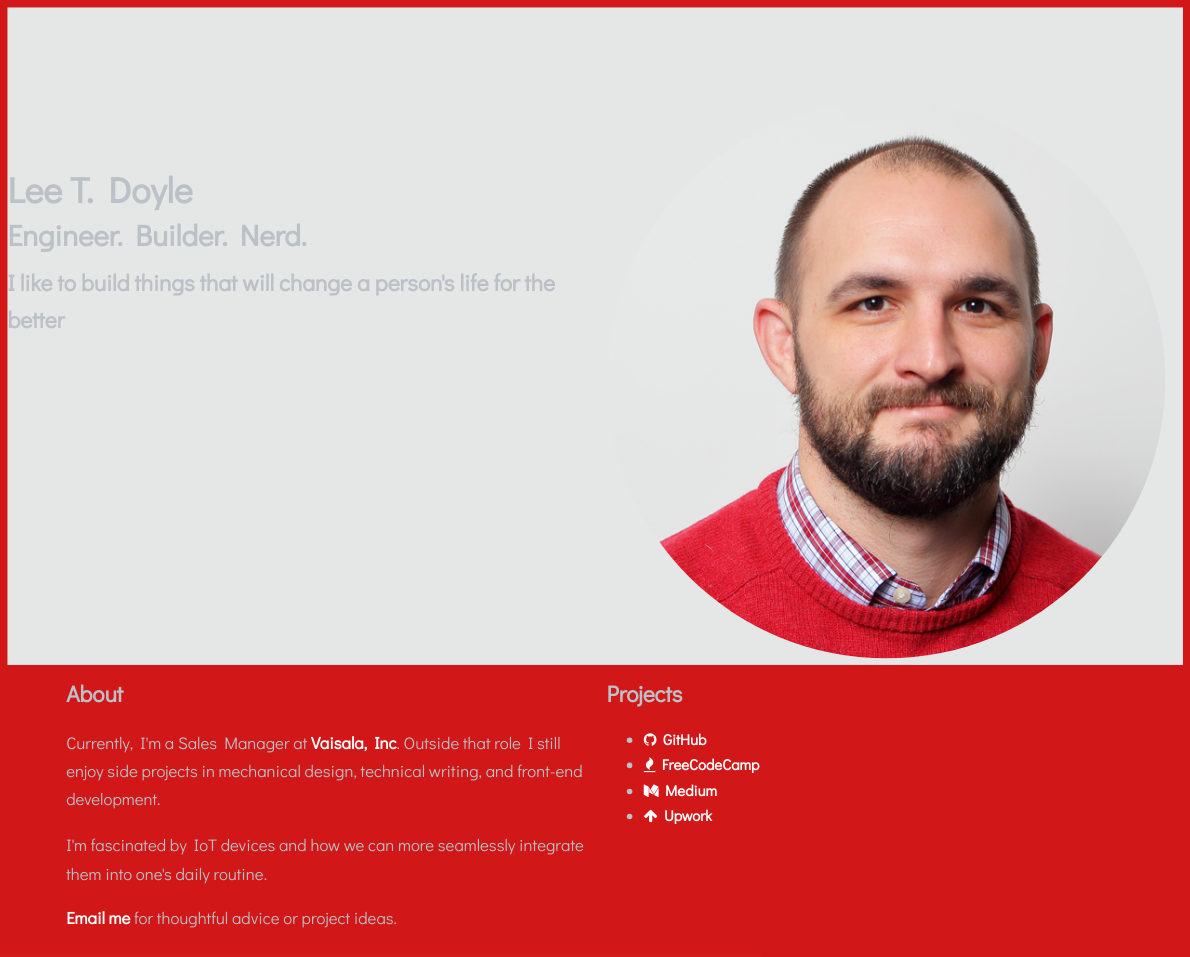
Repository: ldoyle0/ldoyle0.github.io
Page: index.html
The author's editor kept a record of every edit. The page is drawn from the files as they stood at one moment, then again after the next edit.
The browser window is 1280 px wide. The pictures show the whole page, at 93% of full size.
Some web libraries are served in a nearby version.

Above is the page before.

After the next edit:
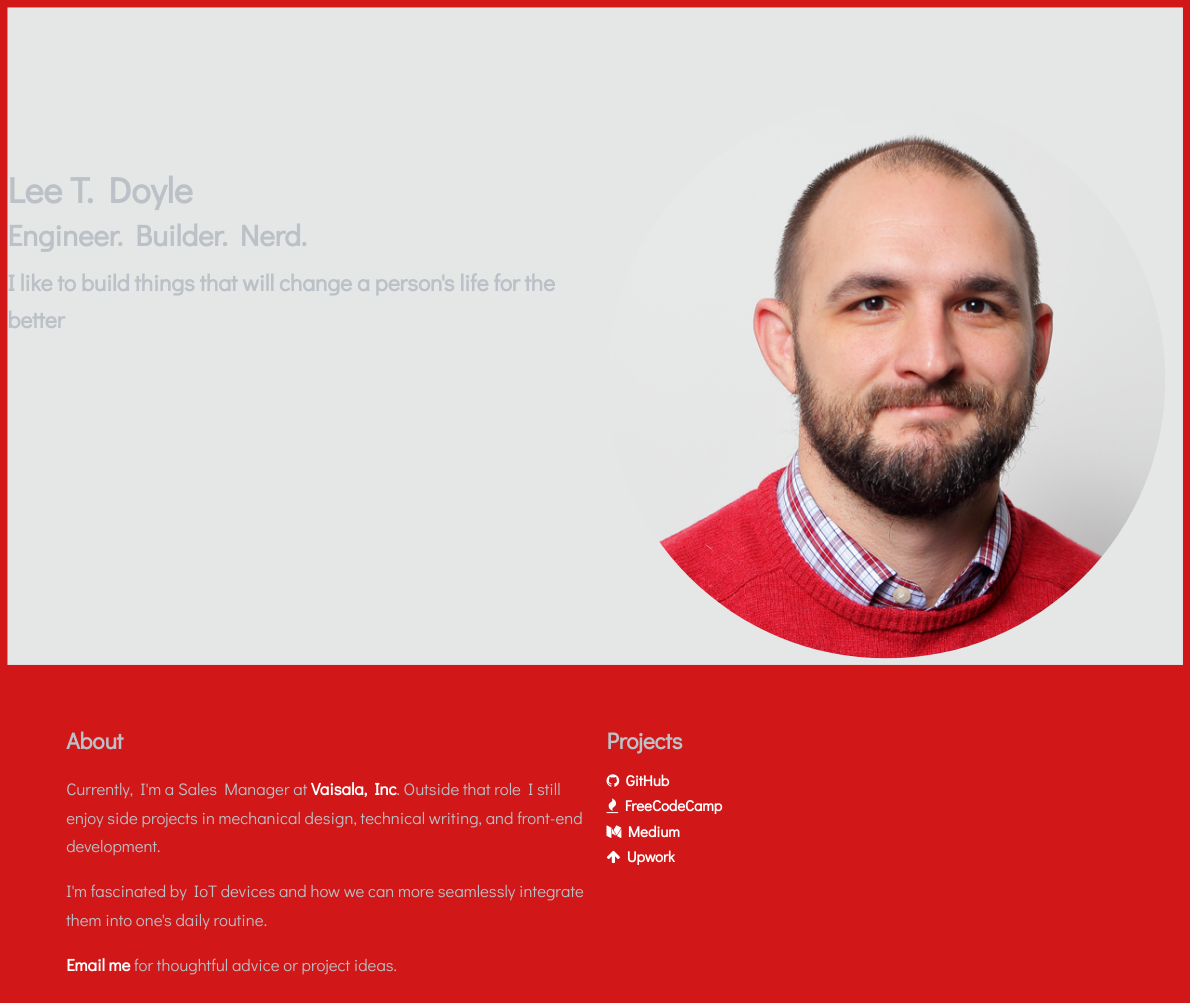
The edit:
--- a/index.html
+++ b/index.html
@@ -26,7 +26,7 @@
     </div>
     </div>
 
-    <div class="footer">
+    <footer>
     <div class="container about offset">
         <div class="row-fluid">
             <div class="span6">
